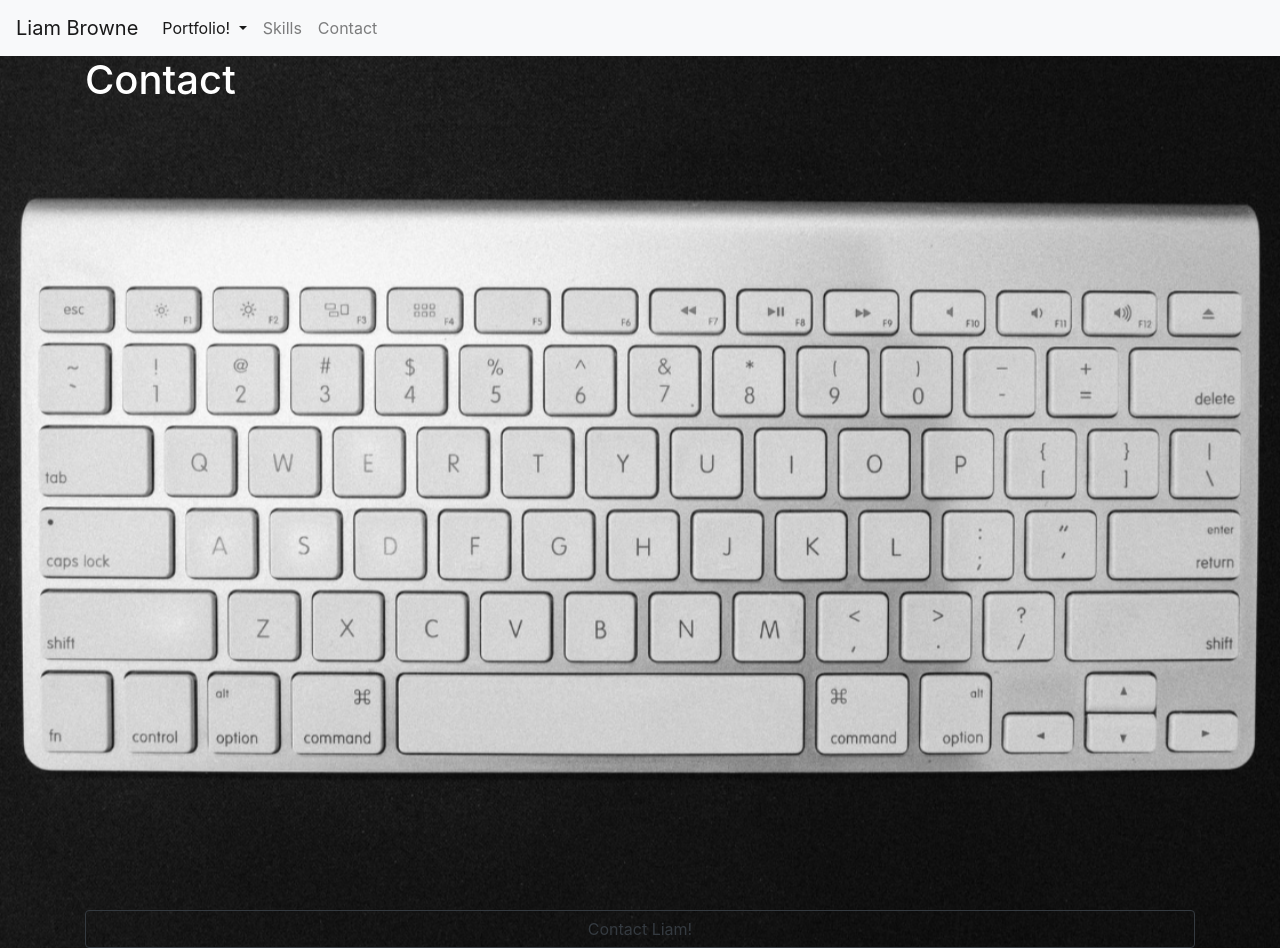
Repository: LiamB123/LiamBrowne.com.github.io
Page: contact.html
The author's editor kept a record of every edit. The page is drawn from the files as they stood at one moment, then again after the next edit.
The browser window is 1280 px wide. The pictures show the whole page.
Backgrounds fixed to the window are drawn as part of the page.

Above is the page before.

### contact.html
<!DOCTYPE html>
<html lang="en">

<head>
    <meta charset="UTF-8">
    <meta name="viewport" content="width=device-width, initial-scale=1.0">


    <meta http-equiv="X-UA-Compatible" content="ie=edge">

    <title>Liam Browne</title>

    <!--Boostrap Links for Css, Js and Jquery --->
    <link rel="stylesheet" href="https://stackpath.bootstrapcdn.com/bootstrap/4.4.1/css/bootstrap.min.css" integrity="sha384-Vkoo8x4CGsO3+Hhxv8T/Q5PaXtkKtu6ug5TOeNV6gBiFeWPGFN9MuhOf23Q9Ifjh" crossorigin="anonymous">

    <script src="https://code.jquery.com/jquery-3.4.1.slim.min.js" integrity="sha384-J6qa4849blE2+poT4WnyKhv5vZF5SrPo0iEjwBvKU7imGFAV0wwj1yYfoRSJoZ+n" crossorigin="anonymous"></script>
    <script src="https://cdn.jsdelivr.net/npm/popper.js@1.16.0/dist/umd/popper.min.js" integrity="sha384-Q6E9RHvbIyZFJoft+2mJbHaEWldlvI9IOYy5n3zV9zzTtmI3UksdQRVvoxMfooAo" crossorigin="anonymous"></script>
    <script src="https://stackpath.bootstrapcdn.com/bootstrap/4.4.1/js/bootstrap.min.js" integrity="sha384-wfSDF2E50Y2D1uUdj0O3uMBJnjuUD4Ih7YwaYd1iqfktj0Uod8GCExl3Og8ifwB6" crossorigin="anonymous"></script>


    <link rel="stylesheet" href="static/css/custom.css" type="text/css" />

</head>




<nav class="navbar navbar-expand-lg navbar-light bg-light">
    <a class="navbar-brand" href="index.html">Liam Browne </a>
    <button class="navbar-toggler" type="button" data-toggle="collapse" data-target="#navbarSupportedContent" aria-controls="navbarSupportedContent" aria-expanded="false" aria-label="Toggle navigation">
    <span class="navbar-toggler-icon"></span>
  </button>

    <div class="collapse navbar-collapse" id="navbarSupportedContent">
      <ul class="navbar-nav mr-auto">
        <li class="nav-item active nav-item dropdown">
          <a class="nav-link dropdown-toggle" href="" id="navbarDropdown" role="button" data-toggle="dropdown" aria-haspopup="true" aria-expanded="false">
          Portfolio!
        </a>
          <div class="dropdown-menu" aria-labelledby="navbarDropdown">
              <a class="dropdown-item"  href="portfolio.html">Take me there!</a>
            <a class="dropdown-item" target="_blank" href="https://liams-the-store.herokuapp.com/">E-Commerce</a>
            <a class="dropdown-item" target ="_blank" href="https://liams-booze.herokuapp.com/">Booze Clues</a>
            <div class="dropdown-divider"></div>
            <a class="dropdown-iitem" href="https://github.com/LiamB123/">

           Check out my GitHub</a>
          </div>
        </li>
        <a class="nav-link" href="Skills.html">Skills<span class="sr-only">(current)</span></a>
        </li>
        <li class="nav-item">
          <a class="nav-link" href="contact.html">Contact</a>
        </li>

      </ul>

    </div>
  </nav>

<div id="contact-img">
    <div class="container">



        <h1 class="white-lettering">
            Contact
        </h1>
        <div class="row row-flex">
            <div class="vertical-align-center">

            </div>
        </div>

        <!-- Button trigger modal -->
        <button type="button" class="btn btn-outline-dark btn-block tall " data-toggle="modal" data-target="#staticBackdrop">
    Contact Liam!
    </button>

        <!-- Modal -->
        <div class="modal fade" id="staticBackdrop" data-backdrop="static" tabindex="-1" role="dialog" aria-labelledby="staticBackdropLabel" aria-hidden="true">
            <div class="modal-dialog" role="document">
                <div class="modal-content">
                    <div class="modal-header">
                        <h5 class="modal-title" id="staticBackdropLabel">Just a few details so I can respond!</h5>
                        <button type="button" class="close" data-dismiss="modal" aria-label="Close">
          <span aria-hidden="true">&times;</span>
        </button>
                    </div>
                    <div class="modal-body">

                        <form>
                            <div class="form-group">
                                <label for="Email">Email address</label>
                                <input type="email" class="form-control" id="Email" placeholder="I will never share this information!">
                            </div>
                            <div class="form-group">
                                <label for="exampleFormControlSelect1">Is there a specific thing you want to talk about?</label>
                                <select class="form-control" id="exampleFormControlSelect1">
      <option>Just Saying Hi!</option>
      <option>Collaboration</option>
      <option>Business Opportunity</option>

    </select>
                            </div>

                            <div class="form-group">
                                <label for="exampleFormControlTextarea1">Message</label>
                                <textarea class="form-control" id="exampleFormControlTextarea1" rows="8"></textarea>
                            </div>
                            <button type="submit" class="btn btn-lg btn-outline-dark">Send!</button>
                        </form>
                    </div>
                    <div class="modal-footer">
                        <button type="button" class="btn btn-dark" data-dismiss="modal">Close</button>
                    </div>
                </div>
            </div>
        </div>
    </div>
</div>

### static/css/custom.css
/*Image Classes*/


#contact-img {
    min-height: 100vh;
    min-width: 100%;
    z-index: -1;
    background-image: url("../img/keyboard.jpg");
    background-repeat: no-repeat;
    background-position: center;
    background-attachment: fixed;
}


#title-img{
    background-attachment: fixed;
    background-image: url("../img/laptop.jpg");
    background-position: bottom;
    background-size: cover;
   min-height: 100vh;
    min-width: 100%;
    margin-bottom: 0px;
    z-index: -1;
}

.white-lettering{
    color: white;
}


.vertical-align-center{
    padding-top:40%;
    text-align: center;
    padding-bottom: 30%;
}

After the next edit:
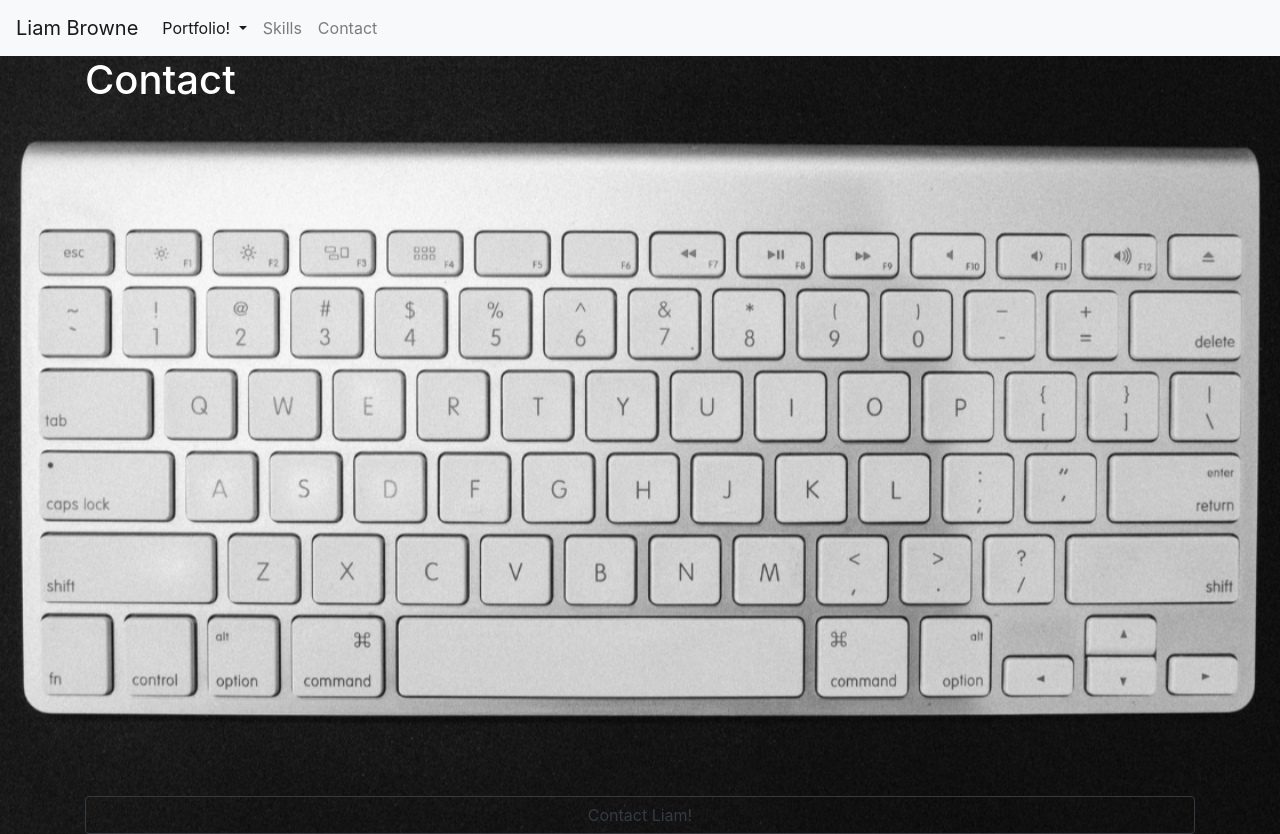
The edit:
--- a/static/css/custom.css
+++ b/static/css/custom.css
@@ -31,5 +31,5 @@
 .vertical-align-center{
     padding-top:40%;
     text-align: center;
-    padding-bottom: 30%;
+    padding-bottom: 20%;
 }
